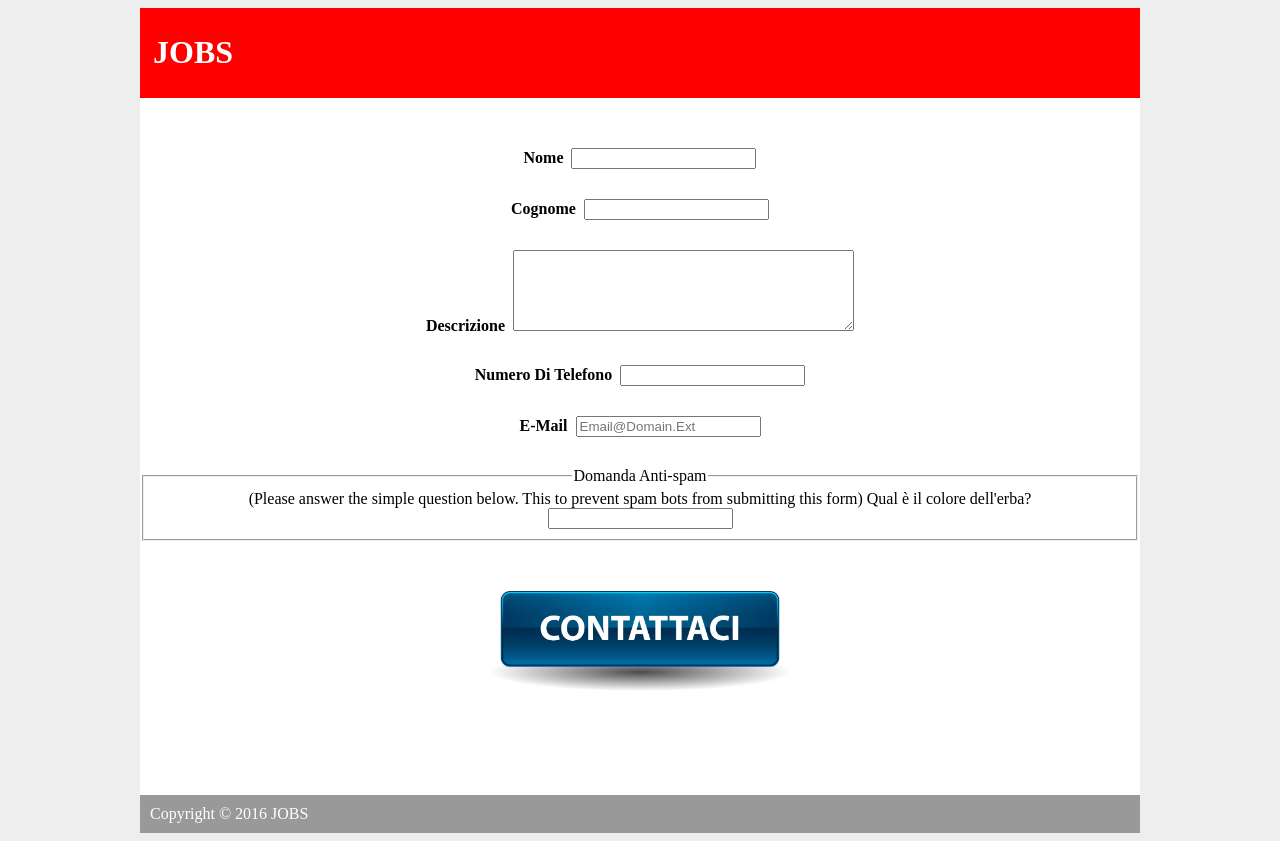
Repository: ProjectRC/RC
Page: client/contattaci.html
The author's editor kept a record of every edit. The page is drawn from the files as they stood at one moment, then again after the next edit.
The browser window is 1280 px wide. The pictures show the whole page.

Above is the page before.

### client/contattaci.html
<!DOCTYPE html>
<html>
    <head>
        <title>Contatta l'offerente JOBS </title>
        <link rel="stylesheet" type="text/css" href="css/contattaci.css" />
        <link rel="shortcut icon" type="image/x-icon" href="img/favicon.ico" />
    </head>
    <body>
    <form action="sendEmail" method="post" >
        <div id="container">
            <div id="header">
                <h1>&nbspJOBS</h1>
            </div>
            <div id="main">

                <style>input{text-transform:capitalize}</style>

                <div id="nome">
                    <label><b>Nome&nbsp</b></label>
                    <input type="text" name="nome" autocomplete="on" size="20" maxlength="60" required/>
                </div>

                <div id="cognome">
                    <label><b>Cognome&nbsp</b></label>
                    <input type="text" name="cognome" autocomplete="on" size="20" maxlength="60" required/>
                </div>

                <div id="testo">
                    <label><b>Descrizione&nbsp</b></label>
                    <textarea name="testo" rows="5" cols="40" required /></textarea>
                </div>

                <div id="telefono">
                    <label><b>Numero di telefono&nbsp</b></label>
                    <input type="tel" name="numero" autocomplete="on" size="20" maxlength="60" required pattern="[0-9]{7,10}"/>
                </div>

                <div id="email">
                    <label><b>E-mail&nbsp</b></label>
                    <input type="email" name="email" autocomplete="on" placeholder="email@domain.ext" size="20" maxlength="60" required/>
                </div>

                <fieldset id='antispam'>
                <legend >Domanda Anti-spam </legend>
                    <span class='short_explanation'>(Please answer the simple question below. This to prevent spam bots from submitting this form)</span>

                        <label>Qual è il colore dell'erba?</label>
                        <input type='text' name='antispam'  maxlength="10" required pattern="[v]{1}[e]{1}[r]{1}[d]{1}[e]{1}" /><br/>
                </fieldset>

                <div id="contatta">
                    <input type="image"src="img/Contattaci.png" width="300" hight="99"border="0"/>
                </div>

            </div>

            <div id="footer">
                Copyright &copy; 2016 JOBS
            </div>
        </div>
    </form>
    </body>

</html>

### client/css/contattaci.css
body {
    background-color: #EEE;
}

#container {
    background-color: white;
    width: 1000px;
    margin-left: auto;
    margin-right: auto;
}

#header {
    clear: both;
    padding: 5px;
    background-color: red;
    color: white;
    text-align: left;
}

#main {
    background-color: white;
    text-align: left;
}

#nome {
    margin-top: 50px;
    text-align: center;
    /*margin-left: 264px;*/
    text-transform: capitalize;
}

#cognome {
    margin-top: 30px;
    text-align: center;
    /*margin-left: 195px;*/
    text-transform: capitalize;
}

#testo {
    margin-top: 30px;
    /*margin-left: 200px;*/
    text-align: center;
}

#telefono {
    margin-top: 30px;
    text-align: center;
    /*margin-left: 293px;*/
    text-transform: capitalize;
}

#email {
    margin-top: 30px;
    text-align: center;
    /*margin-left: 299px;*/
    text-transform: capitalize;
}

#antispam {
    margin-top: 30px;
    text-align: center;
    /*margin-left: 269px;*/
}

#contatta {
    text-align: center;
    margin-top: 50px;

}

#footer {
    margin-top: 100px;
    clear: both;
    padding: 10px;
    background-color: #999999;
    color: white;
    text-align: left;
}

After the next edit:
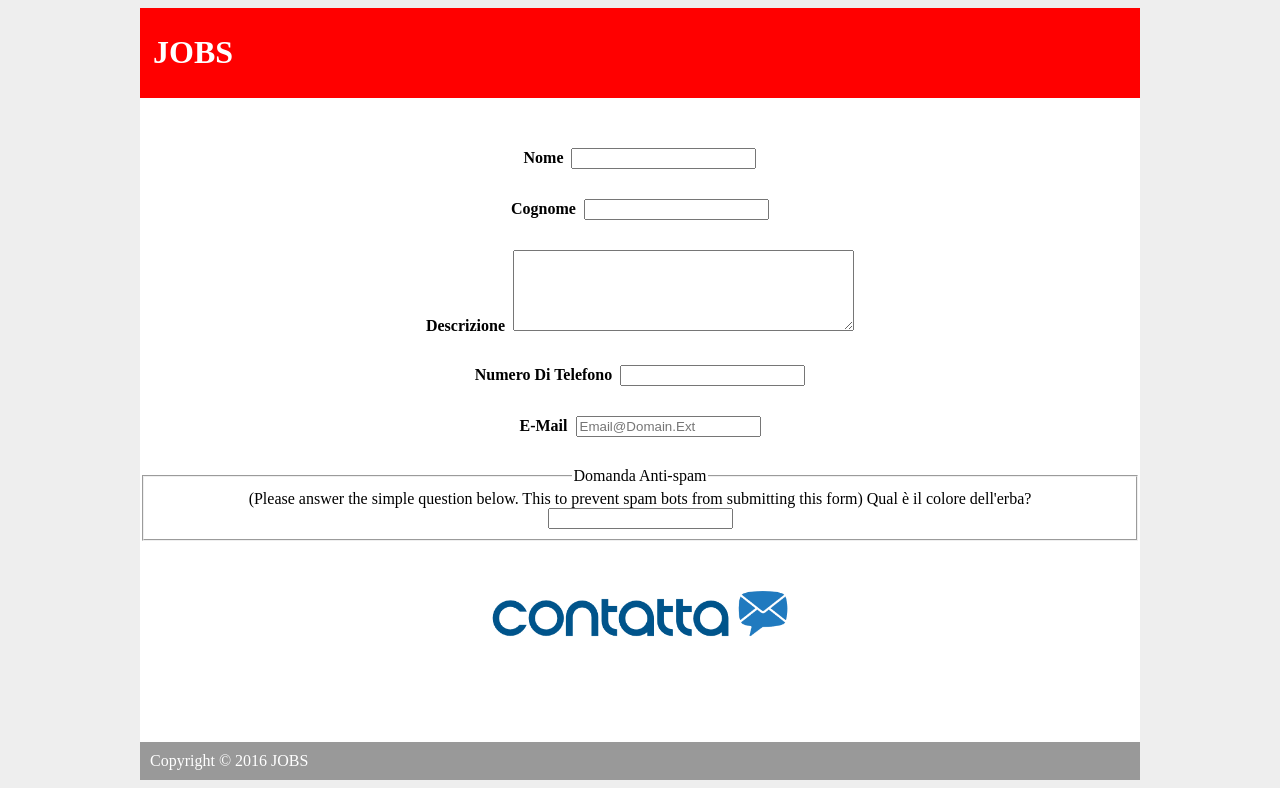
The edit:
--- a/client/contattaci.html
+++ b/client/contattaci.html
@@ -49,7 +49,7 @@
                 </fieldset>
 
                 <div id="contatta">
-                    <input type="image"src="img/Contattaci.png" width="300" hight="99"border="0"/>
+                    <input type="image"src="img/contatta.png" width="300" hight="99" border="0"/>
                 </div>
 
             </div>
